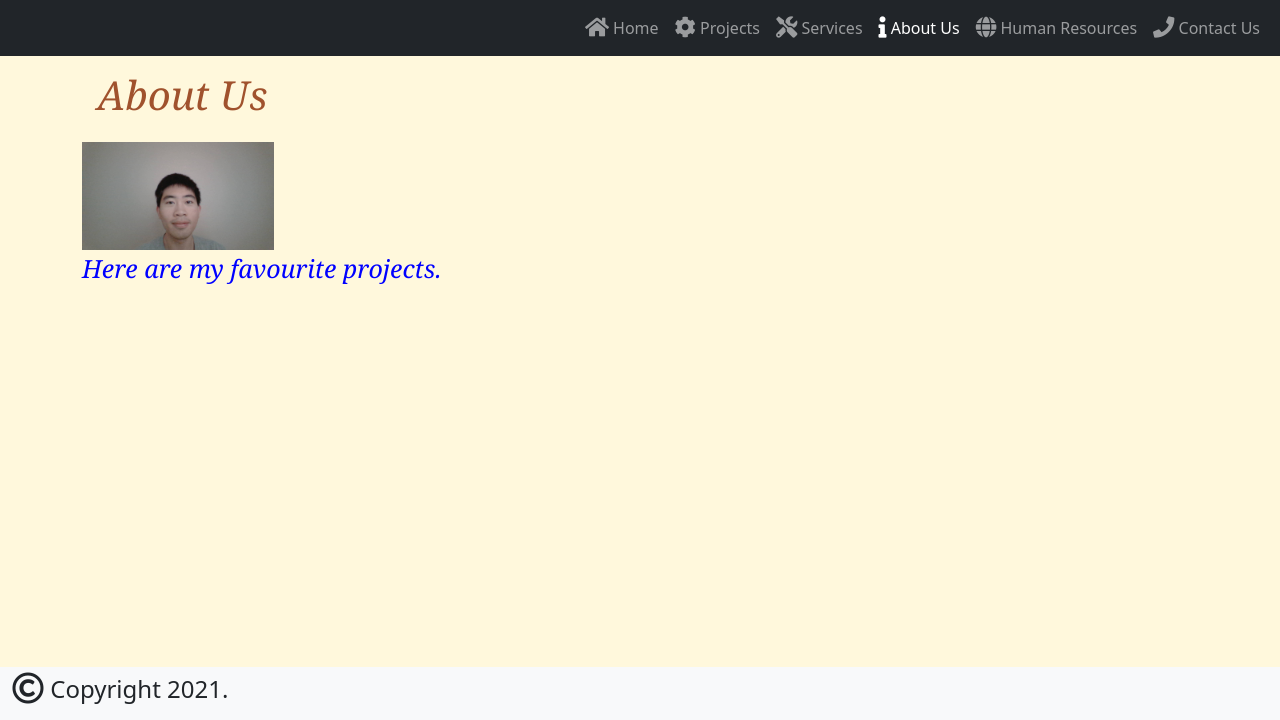
Repository: YiuWingLau/WEBD6201-W2021-Lab1
Page: about.html
The author's editor kept a copy of each file at every save. The page is drawn from the files as they stood at one save, then again after the next save.
The browser window is 1280 px wide. The pictures show the whole page.

Above is the page before, as saved 2021-02-04 15:23:06.

### about.html
<!DOCTYPE html>
<html lang="en">
<head>
    <meta charset="UTF-8">
    <meta name="viewport" content="width=device-width, initial-scale=1.0">
    <title>About</title>

    <!--CSS Section -->
    <link rel="stylesheet" href="./node_modules/bootstrap/dist/css/bootstrap.min.css">
    <link rel="stylesheet" href="./node_modules/@fortawesome//fontawesome-free/css/all.min.css">
    <link rel="stylesheet" href="./Content/app.css">
</head>
<body>
    <!-- Main Header-->
    <header>
      <!-- Main Navigation-->
      <nav class="navbar navbar-expand-lg navbar-dark bg-dark">
          <div class="container-fluid">
            <a class="navbar-brand" href="index.html"></a>
            <button class="navbar-toggler" type="button" data-bs-toggle="collapse" data-bs-target="#navbarSupportedContent" aria-controls="navbarSupportedContent" aria-expanded="false" aria-label="Toggle navigation">
              <span class="navbar-toggler-icon"></span>
            </button>
            <div class="nav justify-content-end" id="navbarSupportedContent">
              <ul class="navbar-nav me-auto mb-2 mb-lg-0">

                <li id="navBarIndex" class="nav-item">
                  <a class="nav-link" aria-current="page" href="index.html"><i class="fas fa-home fa-lg"></i> Home</a>
                </li>

                <li id="navBarProjects" class="nav-item">
                  <a class="nav-link" aria-current="page" href="products.html"><i class="fas fa-cog fa-lg"></i> Products</a>
                </li>

                <li id="navBarServices" class="nav-item">
                  <a class="nav-link" aria-current="page" href="services.html"><i class="fas fa-tools fa-lg"></i> Services</a>
                </li>

                <li id="navBarAboutUs" class="nav-item">
                  <a class="nav-link active" aria-current="page" href="about.html"><i class="fas fa-info fa-lg"></i> About Us</a>
                </li>

                <li id="navBarContactUs" class="nav-item">
                  <a class="nav-link" aria-current="page" href="contact.html"><i class="fas fa-phone fa-lg"></i> Contact Us</a>
                </li>

              </ul>
            </div>
          </div>
      </nav>
    </header>

    <!-- Main Content -->
    <main class="container">
        <h1>About Us</h1>
    </main>

    <!-- Main Footer -->
    <footer>
        <nav class="navbar fixed-bottom navbar-light bg-light">
            <div class="container-fluid">
              <h4><i class="far fa-copyright fa-lg"></i> Copyright 2021.</a></h4>
            </div>
        </nav>
    </footer>
    <!-- JavaScript Section -->
    <script src="./node_modules/jquery/dist/jquery.min.js"></script>
    <script src="./node_modules/bootstrap/dist/js/bootstrap.bundle.min.js"></script>
    <script src="./Scripts/app.js"></script>
</body>
</html>

### Content/app.css
h1 {
    padding: 15px;
    color: sienna;
    font-family: Cambria, Cochin, Georgia, Times, 'Times New Roman', serif;
    font-style: italic;
}

p {
    color: blue;
    font-family:Cambria, Cochin, Georgia, Times, 'Times New Roman', serif;
    font-style: italic;
    font-size: 25px;
    text-align: justify;
}

body {
    background-color: cornsilk;
}

#homePicture {
    width: 1000px;
    height: 600px;
}

### Scripts/app.js
/* custom JavaScript goes here */

//IIFE - Immediately Invoked Function Expression
//AKA - Anonymous Self-Executing Function
//Closure - limits scope leak

"use strict";

(function()
{
    function displayHome()
    {
        let myhomebackground = document.createElement("img");
        myhomebackground.setAttribute("id", "homePicture");
        myhomebackground.setAttribute("src", "./images/homepagebackground.jpg");
        myhomebackground.setAttribute("alt", "Computer Programmer");

        // Step 1. document.createElement
        let newParagraph = document.createElement("p");
        // Step 2. configure the element
        newParagraph.setAttribute("id", "paragraphTwo");
        newParagraph.textContent = "I'm welcome everyone to visit my site";
        // Step 3. select the parent element
        let mainContent = document.getElementsByTagName("main")[0];
        mainContent.appendChild(myhomebackground);
        // Step 4. Add / Insert the element
        mainContent.appendChild(newParagraph);
        //newParagraph.className = "fs-6";
    }

    function displayAbout()
    {
        //create new element Human Resources
        let myPicture = document.createElement("img");
        myPicture.setAttribute("id", "myImage");
        myPicture.setAttribute("src", "./images/img_me.jpg");
        myPicture.setAttribute("alt", "Nelson Lau");
        myPicture.setAttribute("width", "192");
        myPicture.setAttribute("height", "108");

        // Step 1. document.createElement
        let ParagraphOne = document.createElement("p");
        // Step 2. configure the element
        ParagraphOne.setAttribute("id", "myIntroduction");
        ParagraphOne.textContent = "Here are my favourite projects.";
        // Step 3. select the parent element
        let mainContent = document.getElementsByTagName("main")[0];
        mainContent.appendChild(myPicture);
        // Step 4. Add / Insert the element
        mainContent.appendChild(ParagraphOne);
        ParagraphOne.className = "fs-lg";

    }

    function displayProjects()
    {
        // Step 1. document.createElement
        let newParagraph = document.createElement("p");
        // Step 2. configure the element
        newParagraph.setAttribute("id", "myprojects");
        newParagraph.textContent = "Here are my famourite projects.";
        // Step 3. select the parent element
        let mainContent = document.getElementsByTagName("main")[0];
        // Step 4. Add / Insert the element
        mainContent.appendChild(newParagraph);
        newParagraph.className = "fs-12";
    }

    function displayHumanResources()
    {

    }

    function displayServices()
    {

        // another way of injecting content
        let paragraphDiv = document.createElement("div");
        let paragraphThree = `<p id="paragraphThree" class="fs-7 fw-bold">And this is the Third Paragraph</p>`;
        paragraphDiv.innerHTML = paragraphThree;

        // insertions

        // example of inserting before a node
        // newParagraph.before(paragraphDiv);

        // example of inserting after a node
        newParagraph.after(paragraphDiv);

        // deletions

        // example of removing a single element
        //paragraphOneElement.remove();

        // example of removeChild
       // mainContent.removeChild(paragraphOneElement);
        // update / modification
        //mainContent.firstElementChild.textContent = "Welcome Home!";
    }

    function displayContact()
    {
        let messageArea = document.getElementById("messageArea");
        messageArea.hidden = true;

        // form validation
        let fullName = document.getElementById("fullName");
        fullName.addEventListener("blur", function() {
            if(fullName.value.length < 2)
            {
                fullName.focus();
                fullName.select();
                messageArea.hidden = false;
                messageArea.className = "alert alert-danger";
                messageArea.textContent = "Please enter an appropriate Name";
            }
            else
            {
                messageArea.removeAttribute("class");
                messageArea.hidden = true;
            }
        });

        let sendButton = document.getElementById("sendButton");
        sendButton.addEventListener("click", function(event){
            //event.preventDefault();

            let contact = new Contact(fullName.value, contactNumber.value, emailAddress.value);

            if(contact.serialize())
            {
              localStorage.setItem((localStorage.length + 1).toString(), contact.serialize());
            }

        });
    }

    function displayContactList()
    {
      if (localStorage.length > 0)
      {
        let contactList = document.getElementById("contactList");

        let data = "";

        for (let index = 0; index < localStorage.length; index++)
        {
          let contactData = localStorage.getItem((index + 1).toString());

          let contact = new Contact();
          contact.deserialize(contactData);

          data += `<tr>
          <th scope="row">${index + 1}</th>
          <td>${contact.FullName}</td>
          <td>${contact.ContactNumber}</td>
          <td>${contact.EmailAddress}</td>
        </tr>`;
        }

        contactList.innerHTML = data;
      }
    }

    // function to correct the wrong link and text content in navigation bar
    function changeNavBarName()
    {
        let navName = document.getElementById("navBarProjects");
        navName.innerHTML = `<a class='nav-link' aria-current='page' href='projects.html'><i class="fas fa-cog fa-lg"></i> Projects</a>`;
    }

    // function to add Human Resource element to Nav Bar between About Us and Contact Us
    function addNewNavBarElement()
    {
        //create new element Human Resources
        let newListElement = document.createElement("li");
        newListElement.setAttribute("id", "navBarHumanResources");
        newListElement.setAttribute("class", "nav-item");
        newListElement.innerHTML = `<a class='nav-link' aria-current='page' href='Human-Resources.html'><i class="fas fa-globe fa-lg"></i> Human Resources</a>`;
        // append new element after About Us
        let aboutUsListElement = document.getElementById("navBarAboutUs");
        aboutUsListElement.after(newListElement);
    }

    function Start()
    {
        console.log("App Started...");

        changeNavBarName();

        addNewNavBarElement();

        switch (document.title)
        {
          case "Home":
              displayHome();
            break;
          case "About":
              displayAbout();
            break;
          case "Projects":
              displayProjects();
            break;
          case "Human Resources":
              displayHumanResources();
            break;
          case "Services":
              displayServices();
            break;
          case "Contact":
              displayContact();
            break;
          case "Contact-List":
            displayContactList();
          break;
        }

    }

    window.addEventListener("load", Start);

})();

Loaded but not shown: node_modules/bootstrap/dist/css/bootstrap.min.css (library); node_modules/@fortawesome/fontawesome-free/css/all.min.css (library); node_modules/jquery/dist/jquery.min.js (library); node_modules/bootstrap/dist/js/bootstrap.bundle.min.js (library)

After the next save:
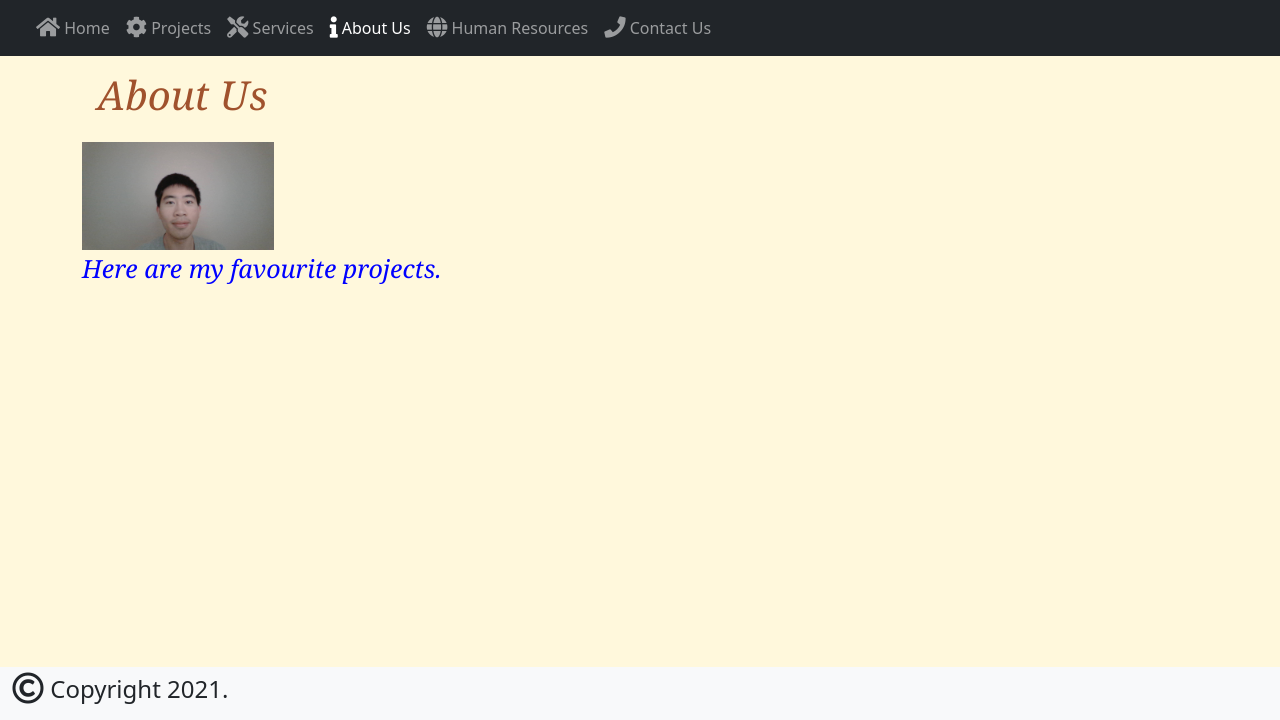
Saved 37 s later.
--- a/about.html
+++ b/about.html
@@ -20,7 +20,7 @@
             <button class="navbar-toggler" type="button" data-bs-toggle="collapse" data-bs-target="#navbarSupportedContent" aria-controls="navbarSupportedContent" aria-expanded="false" aria-label="Toggle navigation">
               <span class="navbar-toggler-icon"></span>
             </button>
-            <div class="nav justify-content-end" id="navbarSupportedContent">
+            <div class="collapse navbar-collapse" id="navbarSupportedContent">
               <ul class="navbar-nav me-auto mb-2 mb-lg-0">
 
                 <li id="navBarIndex" class="nav-item">

After the save that followed:
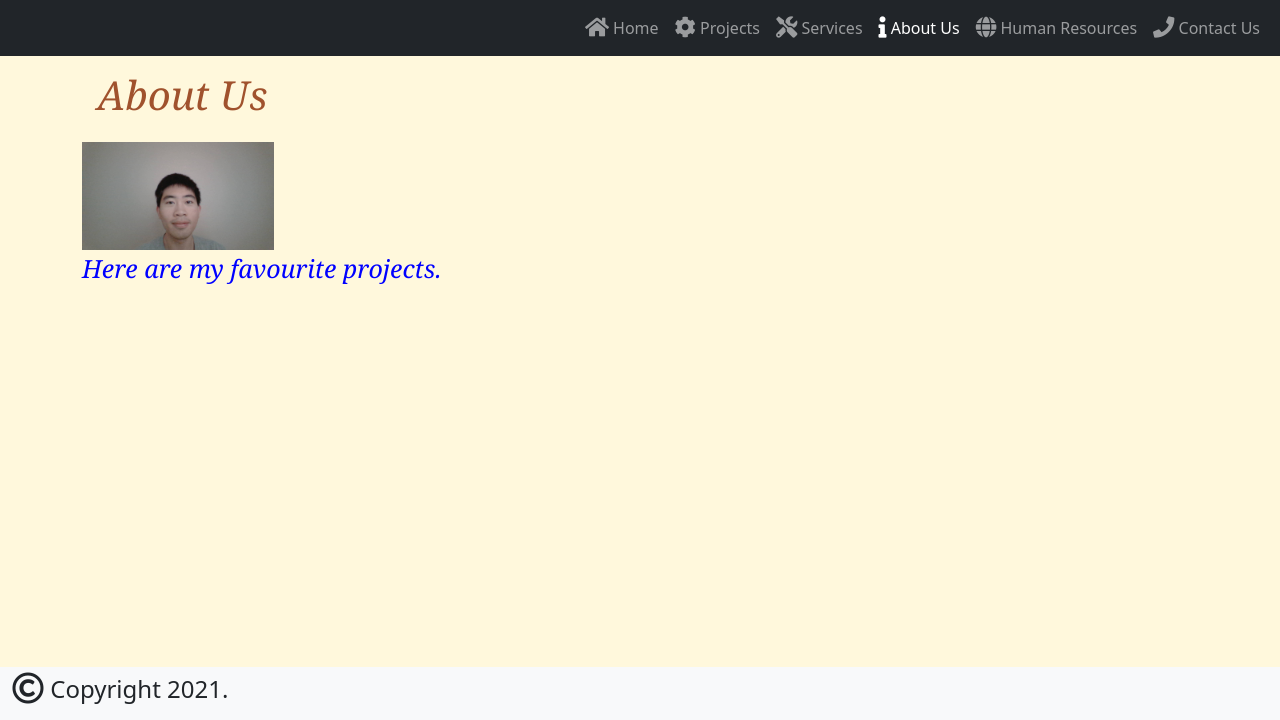
Saved 17 s later.
--- a/about.html
+++ b/about.html
@@ -20,7 +20,7 @@
             <button class="navbar-toggler" type="button" data-bs-toggle="collapse" data-bs-target="#navbarSupportedContent" aria-controls="navbarSupportedContent" aria-expanded="false" aria-label="Toggle navigation">
               <span class="navbar-toggler-icon"></span>
             </button>
-            <div class="collapse navbar-collapse" id="navbarSupportedContent">
+            <div class="nav justify-content-end" id="navbarSupportedContent">
               <ul class="navbar-nav me-auto mb-2 mb-lg-0">
 
                 <li id="navBarIndex" class="nav-item">
